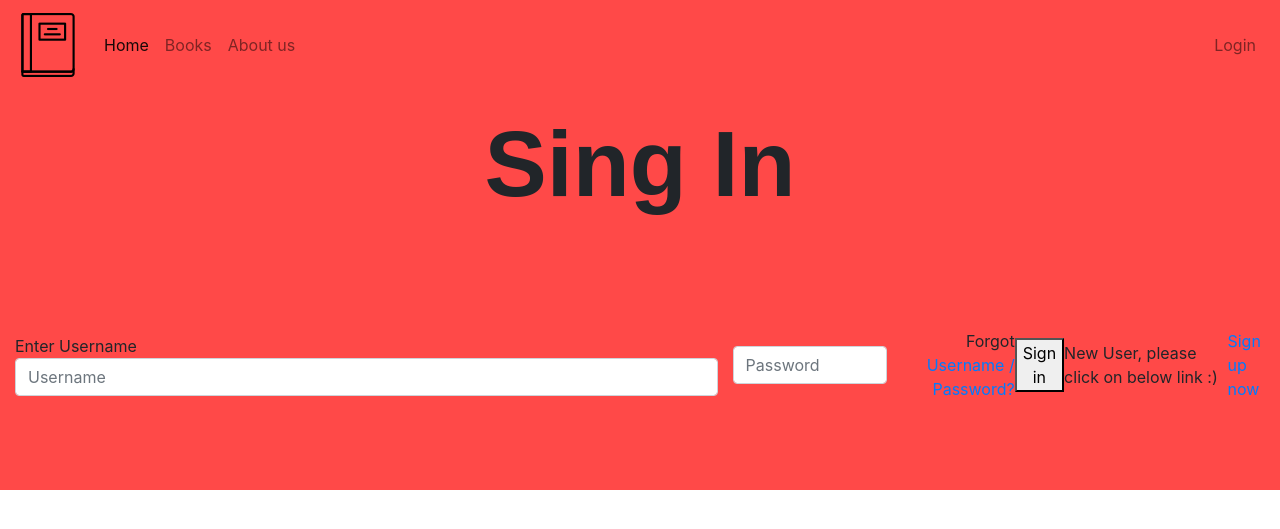
Repository: abhishekgandhi2398/BookStore
Page: http://localhost/BookStore/ulogin.jsp
An editor plug-in stored every save of this project. The page is shown before and after the next save, followed by the edit.
The browser window is 1280 px wide. The pictures show the whole page.
The page is served by Tomcat 9.

Above is the page before, as saved 2019-12-06 15:24:27.
Console error: TypeError: Cannot read properties of undefined (reading 'fn')

After the next save:
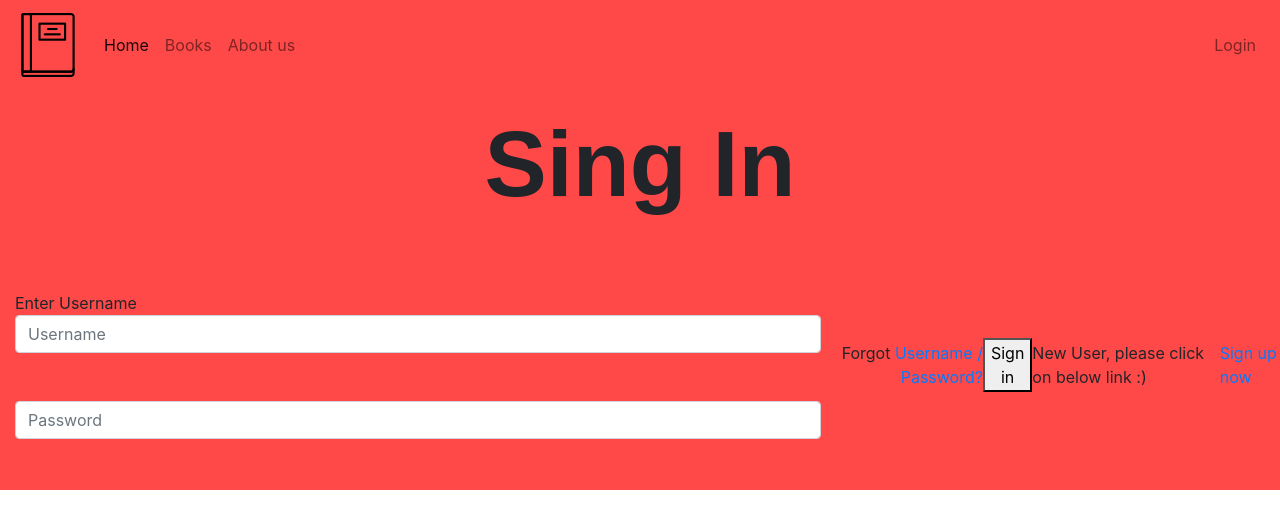
Saved 40 s later.
--- a/ProjectJava/BookStore/WebContent/ulogin.jsp
+++ b/ProjectJava/BookStore/WebContent/ulogin.jsp
@@ -92,13 +92,12 @@ else
 						<span class="focus-input100">Enter Username</span>
 						<input class="form-control" type="number" name="mobile" placeholder="Username">
 
+
+						<br>
+						<br>	<input class="form-control" type="password" name="password" placeholder="Password">
+						<span class="focus-input100"></span>
+
 					</div>
-
-					<div class="wrap-input100 validate-input" data-validate = "Please enter password">
-						<input class="form-control" type="password" name="password" placeholder="Password">
-						<span class="focus-input100"></span>
-					</div>
-
 					<div class="text-right p-t-13 p-b-23">
 						<span class="txt1">
 							Forgot
